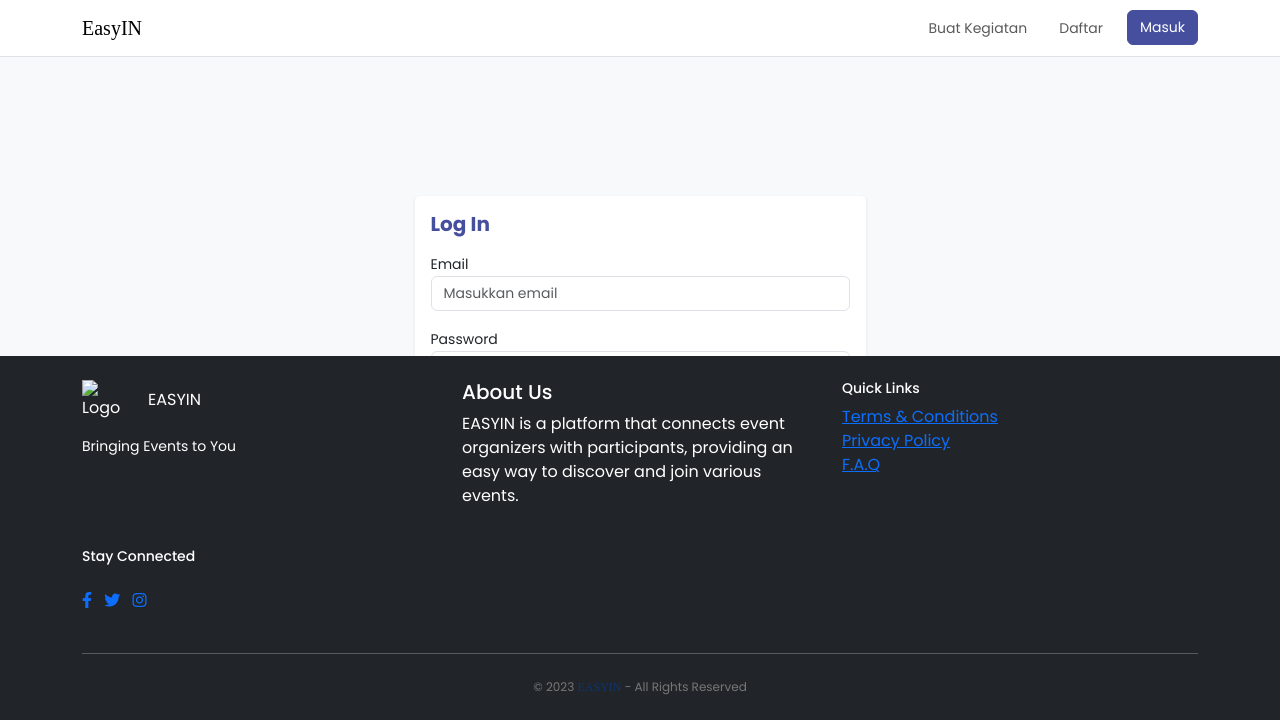
Repository: Imadaaa/Ticketing_Online
Page: http://localhost/login
The author's editor kept a copy of each file at every save. The page is drawn from the files as they stood at one save, then again after a run of saves.
The browser window is 1280 px wide. The pictures show the whole page.
Some web fonts or font styles are not loaded; a fallback is used. The page is served by the project's Laravel application, run on PHP 8.4 with Laravel 10. Other server files are loaded and not shown.

Above is the page before, as saved 2023-08-22 02:24:30.
Console error: ReferenceError: $ is not defined

### routes/web.php
<?php

use Illuminate\Support\Facades\Route;
use App\Http\Controllers\AuthController;
use App\Http\Controllers\AcaraController;
use App\Http\Controllers\TiketController;
use App\Http\Controllers\UsersController;
use App\Http\Controllers\KampusController;
use App\Http\Controllers\LokasiController;
use App\Http\Controllers\KategoriController;
use App\Http\Controllers\DashboardController;
use App\Http\Controllers\JenisTiketController;
use App\Http\Controllers\LandingPageController;
use App\Http\Controllers\MetodePembayaranController;

/*
|--------------------------------------------------------------------------
| Web Routes
|--------------------------------------------------------------------------
|
| Here is where you can register web routes for your application. These
| routes are loaded by the RouteServiceProvider and all of them will
| be assigned to the "web" middleware group. Make something great!
|
*/

// landing page
Route::get('/', [LandingPageController::class, 'index'])->name('landing-page.index');

// acara
Route::group(['prefix' => 'acara'], function() {
    Route::get('/{slug}', [AcaraController::class, 'landingPageShow'])->name('landing-page.acara.show');
});

// kategori
Route::group(['prefix' => 'kategori'], function() {
    Route::get('/', [KategoriController::class, 'landingPageIndex'])->name('landing-page.kategori.index');
});

// auth
Route::get('/login', [AuthController::class, 'getLogin'])->name('login');
Route::post('/login', [AuthController::class, 'doLogin']);
Route::post('/logout', [AuthController::class, 'doLogout'])->name('logout');
Route::group(['prefix' => 'register'], function() {
    Route::get('/', [AuthController::class, 'getRegister'])->name('register');
    Route::post('/', [AuthController::class, 'doRegister']);
    Route::get('/verifikasi/{token}', [AuthController::class, 'doVerifikasi']);
});

// dashboard
Route::group(['prefix' => 'dashboard'], function() {
    // pages
    Route::get('/', [DashboardController::class, 'getIndex'])->name('dashboard.index');

    // kategori
    Route::group(['prefix' => 'kategori'], function() {
        Route::get('/datatable-json', [KategoriController::class, 'datatableJson'])->name('dashboard.kategori.datatable-json');
    });
    Route::resource('kategori', KategoriController::class, ['as' => 'dashboard'])->except('show');

    // lokasi
    Route::group(['prefix' => 'lokasi'], function() {
        Route::get('/datatable-json', [LokasiController::class, 'datatableJson'])->name('dashboard.lokasi.datatable-json');
    });
    Route::resource('lokasi', LokasiController::class, ['as' => 'dashboard'])->except('show');

    // kampus
    Route::group(['prefix' => 'kampus'], function() {
        Route::get('/datatable-json', [KampusController::class, 'datatableJson'])->name('dashboard.kampus.datatable-json');
    });
    Route::resource('kampus', KampusController::class, ['as' => 'dashboard'])->except('show')->parameters(['kampus' => 'kampus']);

    // metode pembayaran
    Route::group(['prefix' => 'metode-pembayaran'], function() {
        Route::get('/datatable-json', [MetodePembayaranController::class, 'datatableJson'])->name('dashboard.metode-pembayaran.datatable-json');
    });
    Route::resource('metode-pembayaran', MetodePembayaranController::class, ['as' => 'dashboard'])->except('show');

    // user
    Route::group(['prefix' => 'user'], function() {
        Route::get('/datatable-json', [UsersController::class, 'datatableJson'])->name('dashboard.user.datatable-json');
    });
    Route::resource('user', UsersController::class, ['as' => 'dashboard'])->only(['index', 'destroy']);

    // acara
    Route::group(['prefix' => 'acara'], function() {
        Route::get('/datatable-json', [AcaraController::class, 'datatableJson'])->name('dashboard.acara.datatable-json');

        Route::get('/{acara}/jenis-tiket', [JenisTiketController::class, 'index'])->name('dashboard.jenis-tiket.index');
        Route::post('/{acara}/jenis-tiket', [JenisTiketController::class, 'store'])->name('dashboard.jenis-tiket.store');

        Route::get('/{acara}/tiket/datatable-json', [TiketController::class, 'datatableJson'])->name('dashboard.tiket.datatable-json');
        Route::post('/{acara}/tiket', [TiketController::class, 'store'])->name('dashboard.tiket.store');
        Route::delete('/tiket/{tiket}', [TiketController::class, 'destroy'])->name('dashboard.tiket.destroy');
    });
    Route::resource('acara', AcaraController::class, ['as' => 'dashboard'])->except('show');
});

### app/Http/Controllers/AuthController.php
<?php

namespace App\Http\Controllers;

use App\Models\User;
use App\Mail\VerifyEmail;
use Illuminate\Support\Str;
use Illuminate\Http\Request;
use App\Http\Requests\UserRequest;
use Illuminate\Support\Facades\DB;
use Illuminate\Support\Facades\Mail;

class AuthController extends Controller
{
    public function getLogin()
    {
        return view('auth.login');
    }

    public function doLogin(Request $request)
    {
        $credentials = [
            'email' => $request->email,
            'password' => $request->password,
            'is_active' => true
        ];

        if(auth()->attempt($credentials)) {
            return redirect()->route('landing-page.index');
        }

        return redirect()->back()->with('error', 'Email atau password salah');
    }

    public function getRegister()
    {
        return view('auth.register');
    }

    public function doRegister(UserRequest $request)
    {
        $verify_token = Str::random(25);

        $payload = [
            'nama' => $request->nama,
            'verify_token' => $verify_token
        ];

        DB::beginTransaction();

        try {
            Mail::to($request->email)->send(new VerifyEmail($payload));

            User::create([
                'nama' => $request->nama,
                'email' => $request->email,
                'password' => bcrypt($request->password),
                'verify_email_token' => $verify_token
            ]);

            DB::commit();

            return redirect()->back()->with('success', 'Silahkan periksa email anda');
        } catch (Exception $e) {
            DB::rollback();

            return redirect()->back()->with('error', 'Proses registrasi gagal');
        }
    }

    public function doLogout()
    {
        auth()->logout();

        return redirect()->route('landing-page.index');
    }

    public function doVerifikasi($token)
    {
        if(!$token) {
            abort(404);
        }

        $user = User::where('verify_email_token', '=', $token)->firstOrFail();

        $user->update([
            'email_verified_at' => date('Y-m-d H:i:s'),
            'verify_email_token' => null,
            'is_active' => true
        ]);

        return redirect()->route('login')->with('success', 'Email berhasil di verifikasi, silahkan masuk');
    }
}

### resources/views/auth/login.blade.php
@extends('template.landing-page.app')

@section('title', 'Login')

@push('styles')
    <style>
        .wrap-login {
            margin-top: 100px;
        }
    </style>
@endpush

@section('content')
    <div class="container py-5">
        <div class="row mt-5 justify-content-center">
            <div class="col-lg-5 wrap-login">
                @if(session('error'))
                    <div class="alert bg-danger fs-14 text-white">
                        <i class="fa-solid fa-circle-xmark"></i>
                        <span>{{ session('error') }}</span>
                    </div>
                @elseif(session('success'))
                    <div class="alert bg-success fs-14 text-white">
                        <i class="fa-solid fa-circle-check"></i>
                        <span>{{ session('success') }}</span>
                    </div>
                @endif
                <div class="card border-0">
                    <div class="card-body shadow-sm">
                        <h5 class="fw-700 text-primary">Log In</h5>
                        <form action="{{ url('/login') }}" method="POST" class="mt-3">
                            @csrf
                            <div class="mb-3">
                                <label for="email" class="fs-14">Email</label>
                                <input type="email" class="form-control fs-14" name="email" id="email" placeholder="Masukkan email" required>
                            </div>
                            <div class="mb-3">
                                <label for="password" class="fs-14">Password</label>
                                <input type="password" class="form-control fs-14" name="password" id="password" placeholder="Masukkan password" required>
                            </div>
                            <div class="mb-3">
                                <p class="fs-14 mb-1 text-muted">Belum punya akun? daftar <a class="text-primary text-decoration-none" href="{{ route('register') }}">disini</a></p>
                                <p class="fs-14 mb-1 text-muted"><a class="text-primary text-decoration-none" href="{{ route('register') }}">Lupa Password</a></p>
                                <button type="submit" class="btn btn-primary fw-700 fs-14">Log In</button>
                            </div>
                        </form>
                    </div>
                </div>
            </div>
        </div>
    </div>
@endsection

### resources/views/template/landing-page/app.blade.php
<!doctype html>
<html lang="en">

<head>
    <meta charset="utf-8">
    <meta name="viewport" content="width=device-width, initial-scale=1">
    <title>EasyIN - @yield('title')</title>

    @include('template.landing-page.partials._style')
</head>

<body class="bg-light">
    {{-- navbar --}}
    @include('template.landing-page.partials._navbar')

    @yield('content')

    {{-- footer --}}
    @include('template.landing-page.partials._footer')

    @include('template.landing-page.partials._script')
</body>

</html>

### resources/views/template/landing-page/partials/_style.blade.php
<link href="https://cdn.jsdelivr.net/npm/bootstrap@5.3.1/dist/css/bootstrap.min.css" rel="stylesheet"
    integrity="sha384-4bw+/aepP/YC94hEpVNVgiZdgIC5+VKNBQNGCHeKRQN+PtmoHDEXuppvnDJzQIu9" crossorigin="anonymous">
<link rel="stylesheet" href="{{ asset('css/custom.css') }}">
<link rel="preconnect" href="https://fonts.googleapis.com">
<link rel="preconnect" href="https://fonts.gstatic.com" crossorigin>
<link href="https://fonts.googleapis.com/css2?family=Audiowide&family=Poppins:wght@400;500;600;700&display=swap"
    rel="stylesheet">
<link rel="stylesheet" href="https://cdnjs.cloudflare.com/ajax/libs/font-awesome/6.4.0/css/all.min.css"
    integrity="sha512-iecdLmaskl7CVkqkXNQ/ZH/XLlvWZOJyj7Yy7tcenmpD1ypASozpmT/E0iPtmFIB46ZmdtAc9eNBvH0H/ZpiBw=="
    crossorigin="anonymous" referrerpolicy="no-referrer" />
<link rel="stylesheet" href="{{ asset('path/to/slick.css') }}">
<link rel="stylesheet" href="{{ asset('path/to/slick-theme.css') }}">
<script src="{{ asset('path/to/slick.min.js') }}"></script>
@stack('styles')

### resources/views/template/landing-page/partials/_navbar.blade.php
<nav class="navbar navbar-expand-lg {{ request()->is('login') || request()->is('register') || !request()->is('/') ? 'bg-white border-bottom' : '' }}">
    <div class="container">
        <a class="navbar-brand {{ request()->is('login') || request()->is('register') || !request()->is('/') ? '' : 'text-white' }} text-title" href="{{ route('landing-page.index') }}">EasyIN</a>
        <button class="navbar-toggler" type="button" data-bs-toggle="collapse" data-bs-target="#navbarNav"
            aria-controls="navbarNav" aria-expanded="false" aria-label="Toggle navigation">
            <span class="navbar-toggler-icon"></span>
        </button>
        <div class="collapse navbar-collapse" id="navbarNav">
            <ul class="navbar-nav ms-auto">
                <li class="nav-item ms-3">
                    <a class="nav-link {{ request()->is('login') || request()->is('register') || !request()->is('/') ? '' : 'text-white' }} fs-14" aria-current="page" href="#">Buat Kegiatan</a>
                </li>
                @if(auth()->user())
                    <li class="nav-item ms-3">
                        <a class="nav-link {{ request()->is('login') || request()->is('register') || !request()->is('/') ? '' : 'text-white' }} fs-14" href="{{ route('dashboard.index') }}">Dashboard</a>
                    </li>
                    <li class="nav-item ms-3">
                        <a class="nav-link {{ request()->is('login') || request()->is('register') || !request()->is('/') ? '' : 'text-white' }} fs-14" href="#" onclick="document.getElementById('form-logout').submit();">Logout <i class="fa-solid fa-power-off"></i></a>
                        <form action="{{ route('logout') }}" method="POST" id="form-logout">
                            @csrf
                        </form>
                    </li>
                @else
                    <li class="nav-item ms-3">
                        <a class="nav-link {{ request()->is('login') || request()->is('register') || !request()->is('/') ? '' : 'text-white' }} fs-14" href="{{ route('register') }}">Daftar</a>
                    </li>
                    <li class="nav-item ms-3">
                        <a class="btn btn-primary {{ request()->is('login') || request()->is('register') || !request()->is('/') ? '' : 'text-white' }} fs-14" href="{{ route('login') }}">Masuk</a>
                    </li>
                @endif
            </ul>
        </div>
    </div>
</nav>

### resources/views/template/landing-page/partials/_footer.blade.php
<footer class="bg-dark text-white py-4 {{ request()->is('login') || request()->is('register') ? 'footer-fixed' : '' }}">
    <div class="container slider">
        <div class="row">
            <div class="col-md-4">
                <div class="d-flex align-items-center">
                    <img src="{{ asset('storage/img/logo/Steam_icon.png') }}" alt="Logo" class="logo me-3"
                        style="max-width: 50px;">
                    <p class="fs-10 mb-0">EASYIN</p>
                </div>
                <p class="mt-3 fs-14">Bringing Events to You</p>
            </div>
            <div class="col-md-4">
                <h5 class="fs-10">About Us</h5>
                <p class="fs-10">EASYIN is a platform that connects event organizers with participants, providing an
                    easy way to discover and join various events.</p>
            </div>
            <div class="col-md-3">
                <h5 class="fs-14">Quick Links</h5>
                <ul class="list-unstyled fs-10">
                    <li><a href="#">Terms & Conditions</a></li>
                    <li><a href="#">Privacy Policy</a></li>
                    <li><a href="#">F.A.Q</a></li>
                </ul>
            </div>
            <div class="col-md-12 mt-4">
                <h5 class="fs-14 mb-4">Stay Connected</h5>
                <ul class="list-inline social-icons">
                    <li class="list-inline-item"><a href="#" class="social-link"><i
                                class="fab fa-facebook-f"></i></a></li>
                    <li class="list-inline-item"><a href="#" class="social-link"><i
                                class="fab fa-twitter"></i></a></li>
                    <li class="list-inline-item"><a href="#" class="social-link"><i
                                class="fab fa-instagram"></i></a></li>
                </ul>
            </div>
        </div>
        <hr class="my-4">
        <div class="row">
            <div class="col-md-12 text-center">
                <p class="fs-12 mb-0" style="color: #777;">&copy; {{ date('Y') }} <span class="text-title"
                        style="color: #0f356f;">EASYIN</span> - All Rights Reserved</p>
            </div>
        </div>
    </div>
</footer>

### resources/views/template/landing-page/partials/_script.blade.php
<script src="https://cdn.jsdelivr.net/npm/bootstrap@5.3.1/dist/js/bootstrap.bundle.min.js"
    integrity="sha384-HwwvtgBNo3bZJJLYd8oVXjrBZt8cqVSpeBNS5n7C8IVInixGAoxmnlMuBnhbgrkm" crossorigin="anonymous">
</script>
<script>
    $(document).ready(function() {
        $('.slider').slick({
            autoplay: true,
            dots: true,
            // Konfigurasi slider lainnya sesuai kebutuhan
        });
    });
</script>
@stack('scripts')

### public/css/custom.css
* {
    font-family: "Poppins", sans-serif;
}

.navbar {
    position: absolute !important;
    width: 100%;
    z-index: 1;
}

#hero {
    background-image: url("../img/hero.jpg");
    height: 500px;
    background-position: center;
    background-repeat: no-repeat;
    position: relative;
}

#hero::after {
    content: "";
    height: 100%;
    width: 100%;
    background-color: rgba(0, 0, 0, .5);
    display: block;
}

#hero .text-hero {
    position: absolute;
    width: auto;
    height: auto;
    top: 40%;
    text-align: center;
}

.search-bar {
    margin-top: -80px;
    z-index: 1;
    position: relative;
}

.search-bar .wrap-search-form {
    padding: 60px 50px;
}

#kegiatan-kampus .card {
    background-position: center;
    background-size: cover;
    background-repeat: no-repeat;
    position: relative;
}

#kegiatan-kampus .card::before {
    content: "";
    height: 100%;
    width: 100%;
    background-color: rgba(0, 0, 0, .5);
    display: block;
    position: absolute;
    border-radius: 0.375rem;
}

#kegiatan-kampus .card .card-body h5 {
    margin-top: 200px;
}

#kegiatan-kampus .card .card-body h5, #kegiatan-kampus .card .card-body p, #kegiatan-kampus .card .card-body a {
    z-index: 1;
    position: relative;
}

footer, .bg-dark {
    background-color: #212529 !important;
}

.text-title {
    font-family: 'Audiowide', cursive;
}

.fs-14 {
    font-size: 14px;
}

.fs-12 {
    font-size: 12px;
}

.fs-60 {
    font-size: 60px;
}

.fw-700 {
    font-weight: 700;
}

.btn-primary {
    background-color: #464F9E !important;
    border-color: #464F9E !important;
}

.btn-outline-primary {
    background-color: white !important;
    border-color: #464F9E !important;
    color: #464F9E !important;
}

.btn-outline-primary:hover {
    background-color: #464F9E !important;
    color: white !important;
}

.text-primary {
    color: #464F9E !important;
}

.footer-fixed {
    position: absolute;
    width: 100%;
    bottom: 0;
}

Loaded but not shown: app/Http/Controllers/Controller.php (common file)

After the next 3 saves:
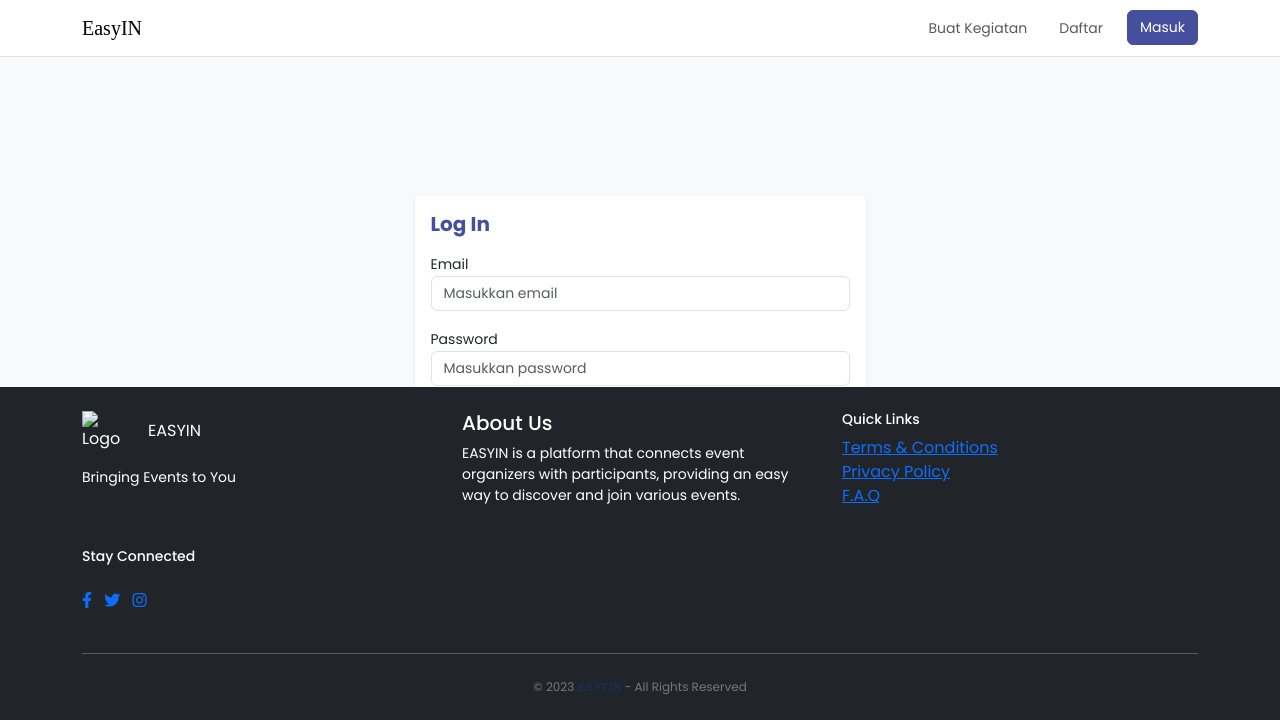
The 3 saves are shown as one change because they came seconds apart.
The last was saved 9 s later.
--- a/resources/views/template/landing-page/partials/_footer.blade.php
+++ b/resources/views/template/landing-page/partials/_footer.blade.php
@@ -11,10 +11,10 @@
             </div>
             <div class="col-md-4">
                 <h5 class="fs-10">About Us</h5>
-                <p class="fs-10">EASYIN is a platform that connects event organizers with participants, providing an
+                <p class="fs-14">EASYIN is a platform that connects event organizers with participants, providing an
                     easy way to discover and join various events.</p>
             </div>
-            <div class="col-md-3">
+            <div class="col-md-4">
                 <h5 class="fs-14">Quick Links</h5>
                 <ul class="list-unstyled fs-10">
                     <li><a href="#">Terms & Conditions</a></li>
